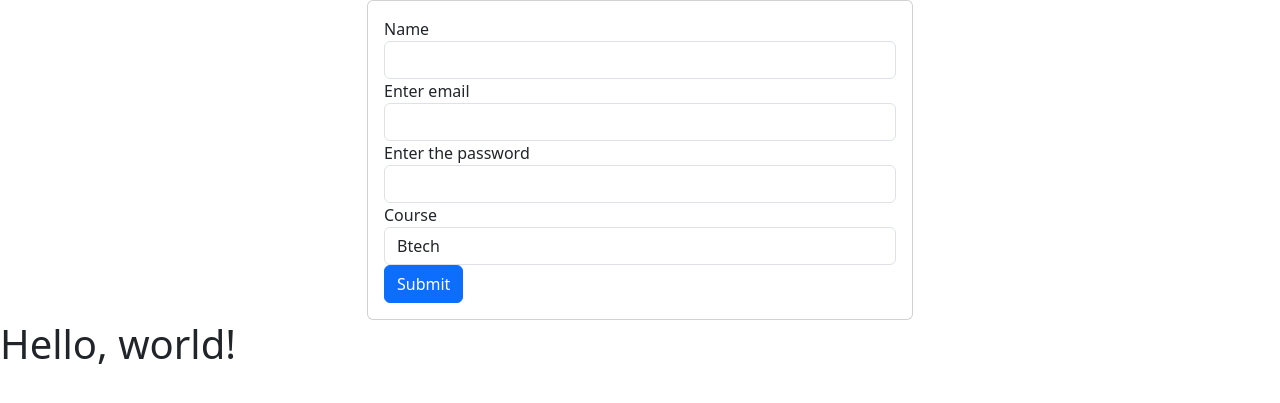
Repository: Rupam1210/servlet
Page: form_submit/webContent/index.html
An editor plug-in stored every save of this project. The page is shown before and after the next save, followed by the edit.
The browser window is 1280 px wide. The pictures show the whole page.

Above is the page before, as saved 2024-03-06 06:32:01.

### form_submit/webContent/index.html
<!doctype html>
<html lang="en">
  <head>
    <meta charset="utf-8">
    <meta name="viewport" content="width=device-width, initial-scale=1">
    <title>Bootstrap demo</title>
    <link href="https://cdn.jsdelivr.net/npm/bootstrap@5.3.3/dist/css/bootstrap.min.css" rel="stylesheet" integrity="sha384-QWTKZyjpPEjISv5WaRU9OFeRpok6YctnYmDr5pNlyT2bRjXh0JMhjY6hW+ALEwIH" crossorigin="anonymous">
  </head>
  <body>
    <div class="container">
        <div class="row">
        <div class="col-md-6 offset-md-3">
         <div class="card">
         <div class="card-body">
         <form method="post" action="register">
          <div class="form-body">
            <label >Name</label>
            <input type="text" name="user-name" class="form-control"/>
           </div>
           <div class="form-body">
            <label >Enter email</label>
            <input type="email" name="user-email" class="form-control"/>
           </div>
           <div class="form-body">
            <label >Enter the password</label>
            <input type="password" name="user-password" class="form-control"/>
           </div>
           <div class="form-body">
            <label >Course</label>
            <Select class="form-control">
                <option>Btech<option>
                 <option>BCA<option>
                  <option>MCA<option>
            </Select>
           </div>
           <button class="btn btn-primary">Submit</button>
         </form>
         </div>

         </div>

         </div>
         </div>
    </div>
    <h1>Hello, world!</h1>
    <script src="https://cdn.jsdelivr.net/npm/bootstrap@5.3.3/dist/js/bootstrap.bundle.min.js" integrity="sha384-YvpcrYf0tY3lHB60NNkmXc5s9fDVZLESaAA55NDzOxhy9GkcIdslK1eN7N6jIeHz" crossorigin="anonymous"></script>
  </body>
</html>

After the next save:
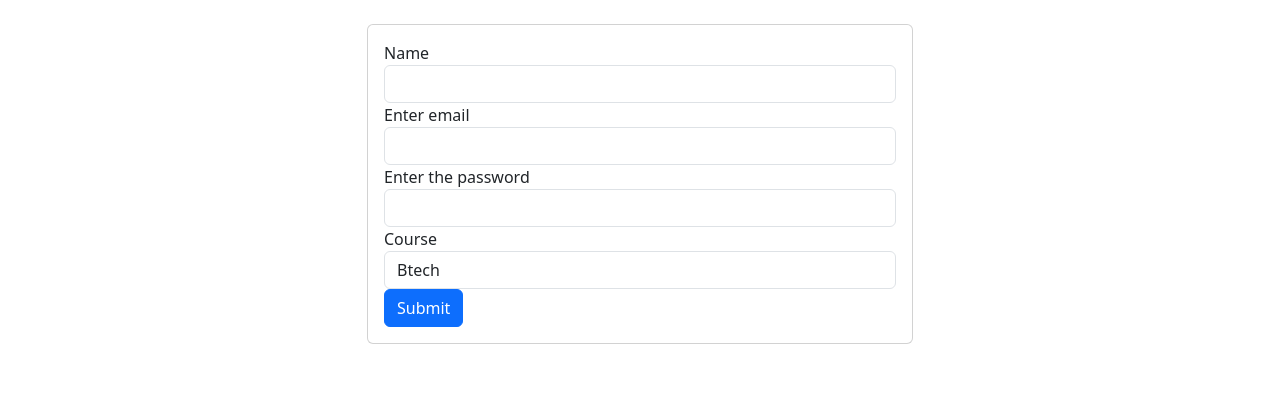
Saved 67 s later.
--- a/form_submit/webContent/index.html
+++ b/form_submit/webContent/index.html
@@ -10,7 +10,7 @@
     <div class="container">
         <div class="row">
         <div class="col-md-6 offset-md-3">
-         <div class="card">
+         <div class="card mt-4">
          <div class="card-body">
          <form method="post" action="register">
           <div class="form-body">
@@ -42,7 +42,7 @@
          </div>
          </div>
     </div>
-    <h1>Hello, world!</h1>
+
     <script src="https://cdn.jsdelivr.net/npm/bootstrap@5.3.3/dist/js/bootstrap.bundle.min.js" integrity="sha384-YvpcrYf0tY3lHB60NNkmXc5s9fDVZLESaAA55NDzOxhy9GkcIdslK1eN7N6jIeHz" crossorigin="anonymous"></script>
   </body>
 </html>
